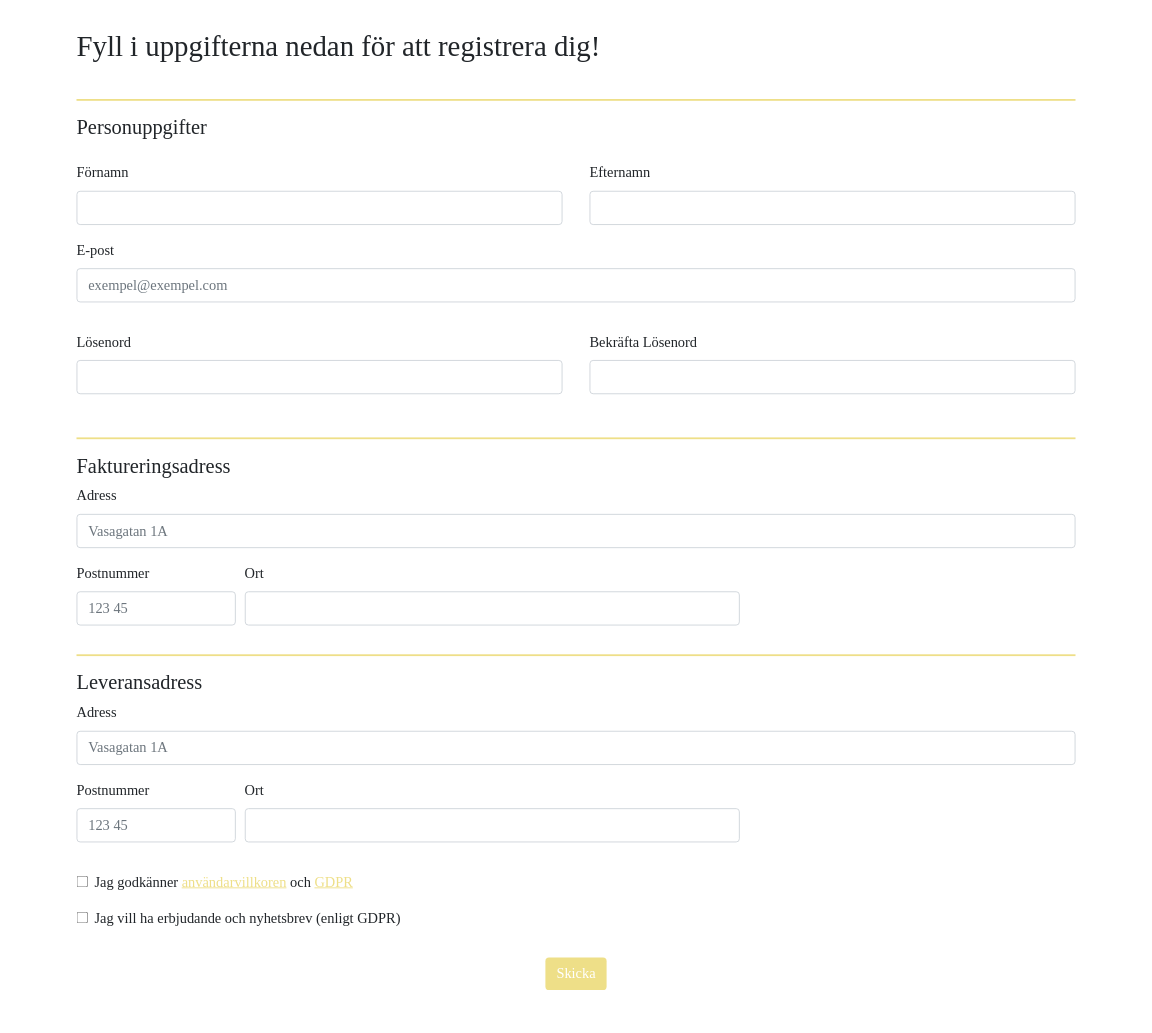
Repository: skepp4rn/Liamsuppgift3
Page: index.html
The author's editor kept a copy of each file at every save. The page is drawn from the files as they stood at one save, then again after the next save.
The browser window is 1280 px wide. The pictures show the whole page, at 90% of full size.
Some web libraries are served in a nearby version.

Above is the page before, as saved 2020-12-06 13:15:01.
Console error (its wording comes from the project's code and is left out).

After the next save:
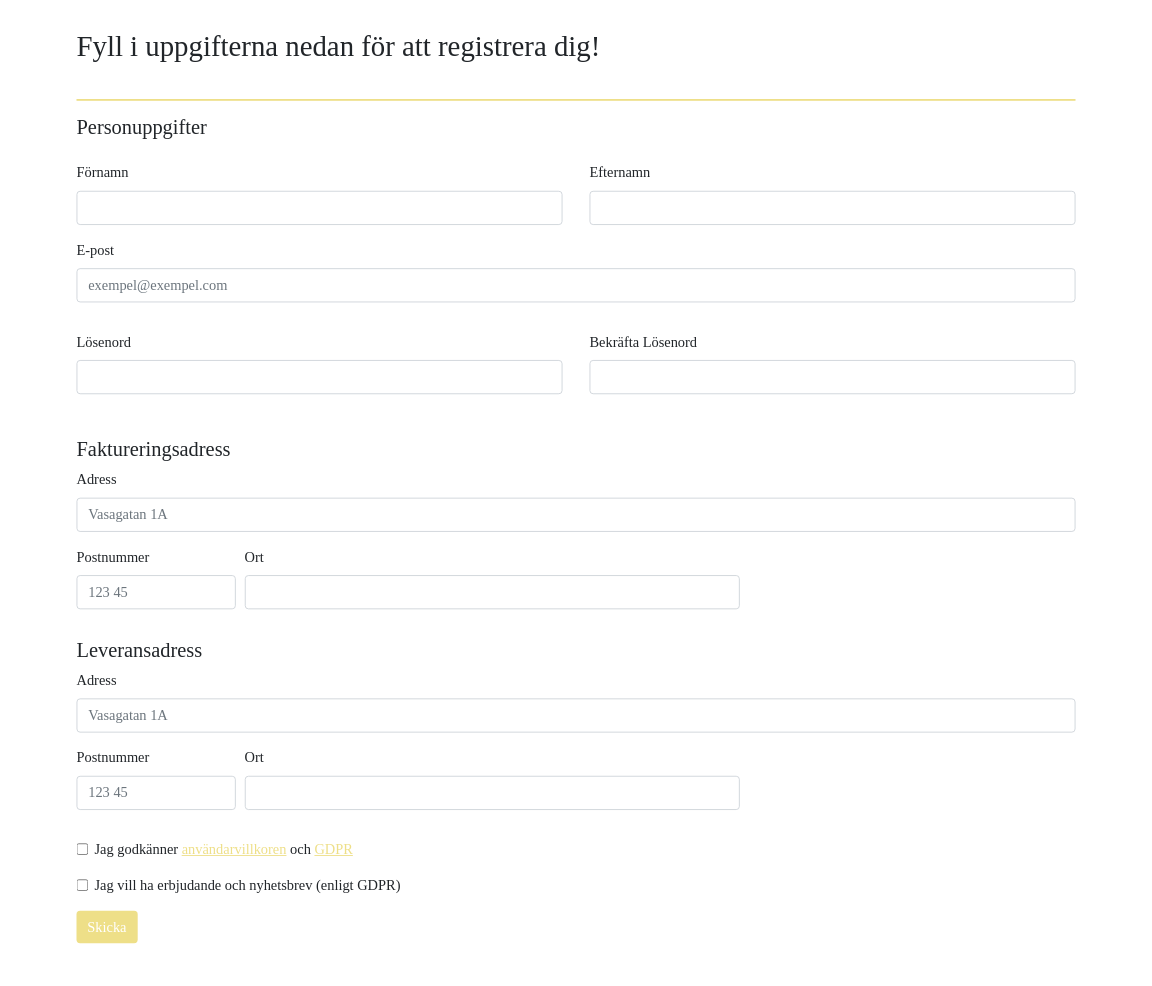
Saved 3 s later.
--- a/index.html
+++ b/index.html
@@ -60,7 +60,7 @@
         </div>
 
 
-        <div class="linje"></div>
+        <div class="adress1"></div>
         <div>
             <h3>Faktureringsadress</h3>
         </div>
@@ -84,7 +84,7 @@
         </div>
 
 
-        <div class="linje"></div>
+        <div class="adress1"></div>
         <div>
             <h3>Leveransadress</h3>
         </div>
@@ -120,8 +120,8 @@
         </div>
 
 
-        <div class="centreradknapp">
-            <button formaction="tacksida.html" type="submit" class="colorbutton btn btn-primary">Skicka</button>
+        <div class="button-center">
+            <button formaction="thankyou.html" type="submit" class="colorbutton btn btn-primary">Skicka</button>
         </div>
 
 
